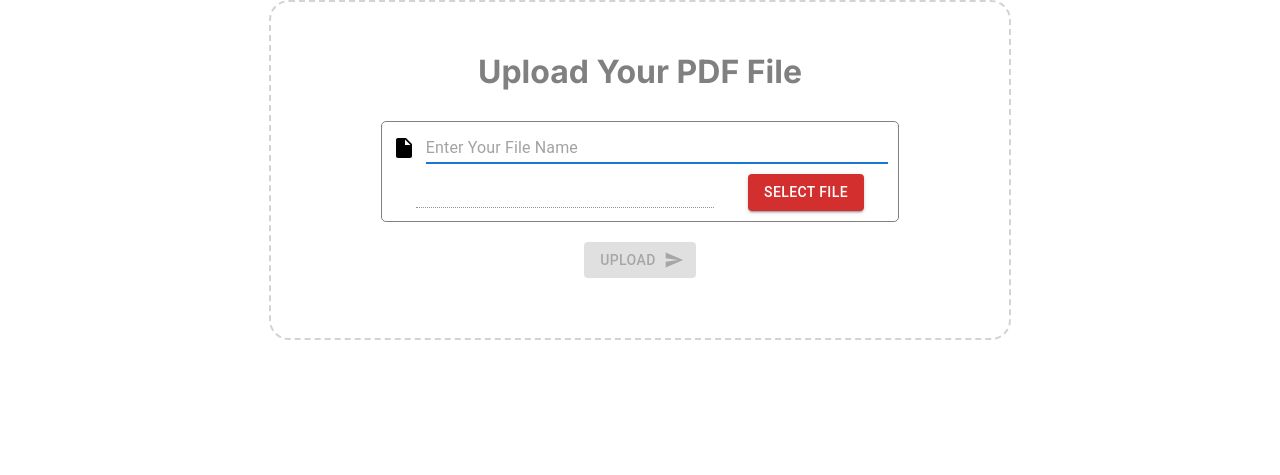
Repository: BhushanPatil-121/pdf-upload-nextjs
Page: /
The author's editor kept a copy of each file at every save. The page is drawn from the files as they stood at one save, then again after a run of saves.
The browser window is 1280 px wide. The pictures show the whole page.
The project was rebuilt for these pictures with package versions that can differ from the ones it lists, and the page was loaded fresh each time. The framework's server and built-in components were replaced by stand-ins that run in the browser. Also part of the build but not shown: next.config.mjs.

Above is the page before, as saved 2024-02-29 11:15:01.

After the next 3 saves:
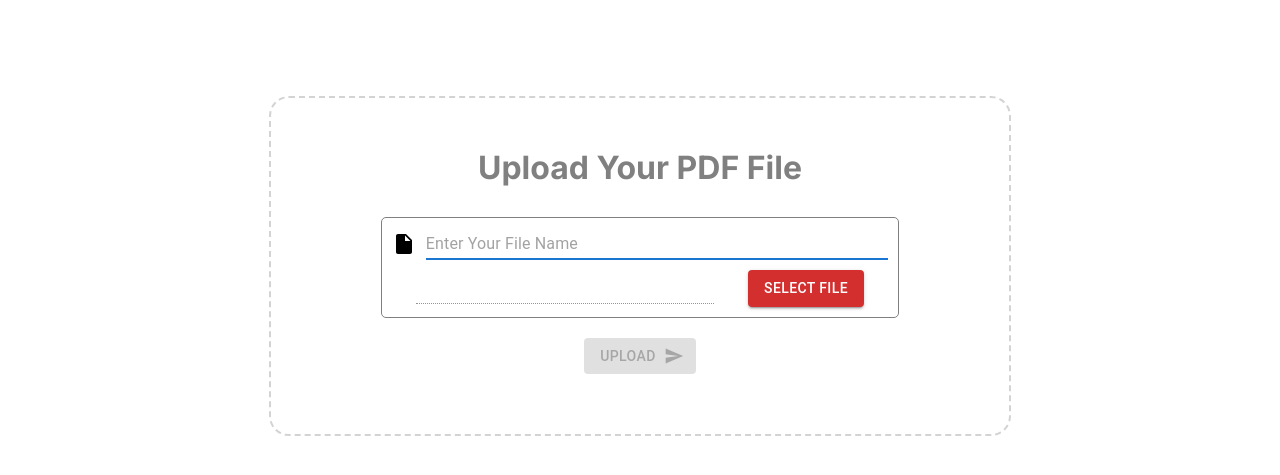
The 3 saves are shown as one change because they came seconds apart.
The last was saved 32 s later.
--- a/src/app/page.module.css
+++ b/src/app/page.module.css
@@ -4,6 +4,7 @@
   justify-content: start;
   gap: 20px;
   align-items: center;
+  padding: 6rem 0;
   min-height: 100vh;
 }
 
